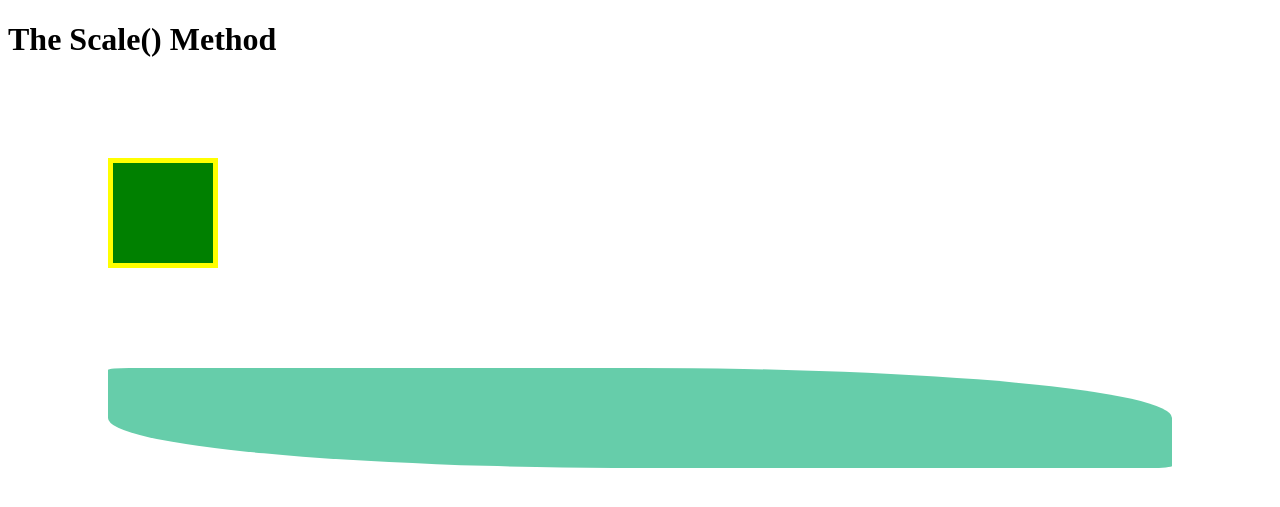
Repository: BhardwajMonika/core-java
Page: HTML2/WebContent/Scale.html
These files come from the project's save history. The page is drawn as it stood at one moment and after the next save; the edit follows.
The browser window is 1280 px wide. The pictures show the whole page.

Above is the page before, as saved 2019-02-27 10:15:26.

### HTML2/WebContent/Scale.html
<!DOCTYPE html>
<html>
<head>
<style type="text/css">
.square{
width:100px;
height:100px;
background-color:green;
border:5px solid Yellow;
margin:100px;
transition:transform 1s;
}

.square:hover{transform:scale(2);}

.droplet{
height:100px;
background-color:mediumaquamarine;
border-radius:2% 50%;
margin:100px;
transition:all 3s;
transition-timing:ease-in-out;
}

.droplet:hover{transform:rotateX(180deg);}
</style>
<meta charset="ISO-8859-1">
<title>Insert title here</title>
</head>
<body>
<h1>The Scale() Method</h1>
<div class="square"></div>
<div class="droplet"></div>
</body>
</html>

After the next save:
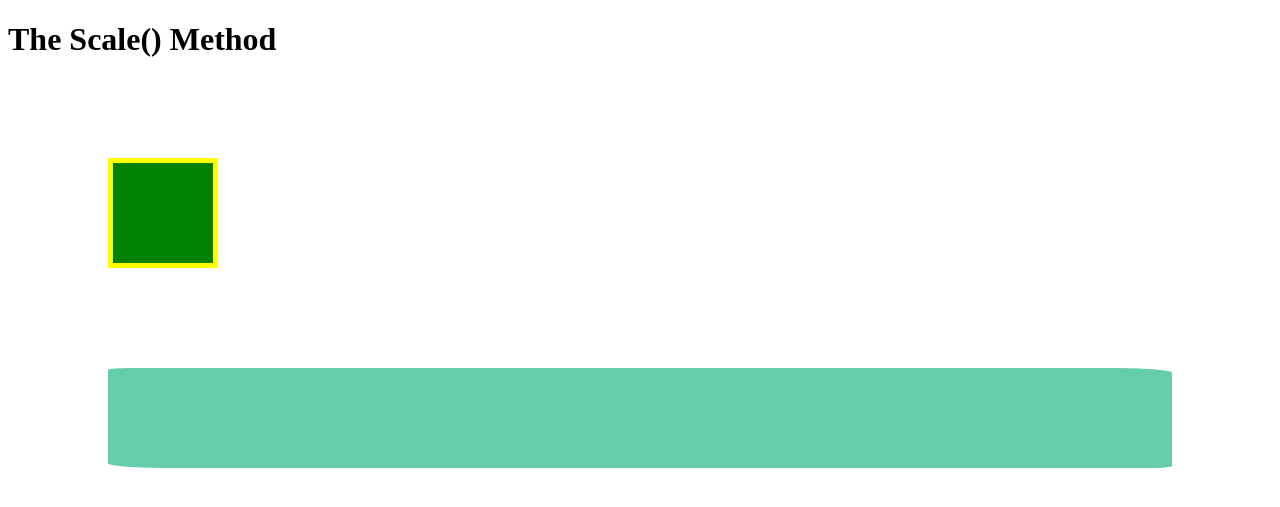
Saved 5 min 0 s later.
--- a/HTML2/WebContent/Scale.html
+++ b/HTML2/WebContent/Scale.html
@@ -16,7 +16,7 @@ transition:transform 1s;
 .droplet{
 height:100px;
 background-color:mediumaquamarine;
-border-radius:2% 50%;
+border-radius:2% 5%;
 margin:100px;
 transition:all 3s;
 transition-timing:ease-in-out;
